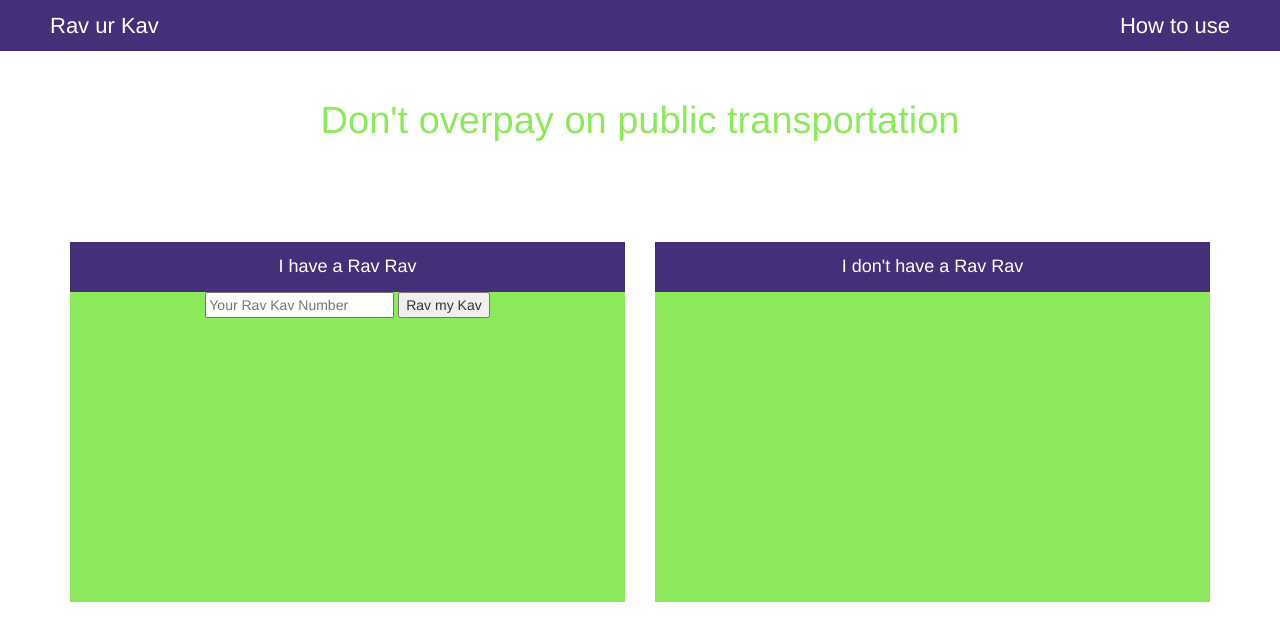
Repository: Louhla/Rav-ur-Kav
Page: index.html
These files come from the project's save history. The page is drawn as it stood at one moment and after a run of saves; the edit follows.
The browser window is 1280 px wide. The pictures show the whole page.

Above is the page before, as saved 2019-07-17 14:34:05.

### index.html
<!DOCTYPE html>
<html lang="en">

<head>
    <meta charset="utf-8">
    <meta name="viewport" content="width=device-width, initial-scale=1">
    <!-- Bootstrap CSS -->
    <link rel="stylesheet" href="https://maxcdn.bootstrapcdn.com/bootstrap/3.3.7/css/bootstrap.min.css">
    <script src="https://ajax.googleapis.com/ajax/libs/jquery/3.3.1/jquery.min.js"></script>
    <link rel="stylesheet" type="text/css" href="./css/rav-ur-kav.css">
    <title>Rav ur kav - Public Transport Calculator</title>
    <meta name="description" content="Get the best rate for your Rav Kav according to your commute">
</head>

<body>
    <heading>
        <div class="logo">Rav ur Kav
        </div>
        <div class="how-to">How to use
        </div>
    </heading>

    <div class="container">
        <div class="row">
            <div class="col-md-12">
                <h1>Don't overpay on public transportation</h1>
            </div>
        </div>
        <div class="row">
            <div class="col-md-6">
                <div class="existing-user">
                    <h4>I have a Rav Rav</h4>
                    <form>
                        <input id="rav-kav-number" type=text placeholder="Your Rav Kav Number"></input>
                        <button>Rav my Kav</button>
                    </form>
                </div>
            </div>
            <div class="col-md-6">
                <div class="new-user">
                    <h4>I don't have a Rav Rav</h4>
                </div>
            </div>
        </div>
    </div>
    <script type="text/javascript" src="./js/rav-ur-kav.js"></script>
</body>

</html>

### css/rav-ur-kav.css
body{
    margin: 0px;
}
heading{
    display: flex;
    position: fixed;
    z-index: 9;
    justify-content: space-between;
    width: 100%;
    align-items: center;
    box-shadow: 5px;
    background-color: #462F79;
    color: white;
    font-size: 22px;
}
.logo{
    margin: 10px 0px 10px 50px;
}
.how-to{
    margin: 10px 50px 10px 0px;
}
.existing-user{
    background-color: #8CE95C;
    display: flex;
    flex-direction: column;
    text-align: center;
    height: 50vh;
}
.new-user{
    background-color: #8CE95C;
    text-align: center;
    height: 50vh;
}
h1{
    text-align: center;
    margin: 100px;
    color: #8CE95C;
    font-size: 38px;
}
.existing-user > h4, .new-user > h4{
    background-color: #462F79;
    padding: 15px 0px;
    margin: 0px;
    color: white;
}

Loaded but not shown: js/rav-ur-kav.js (no copy from this time; the picture is the same without it)

After the next 2 saves:
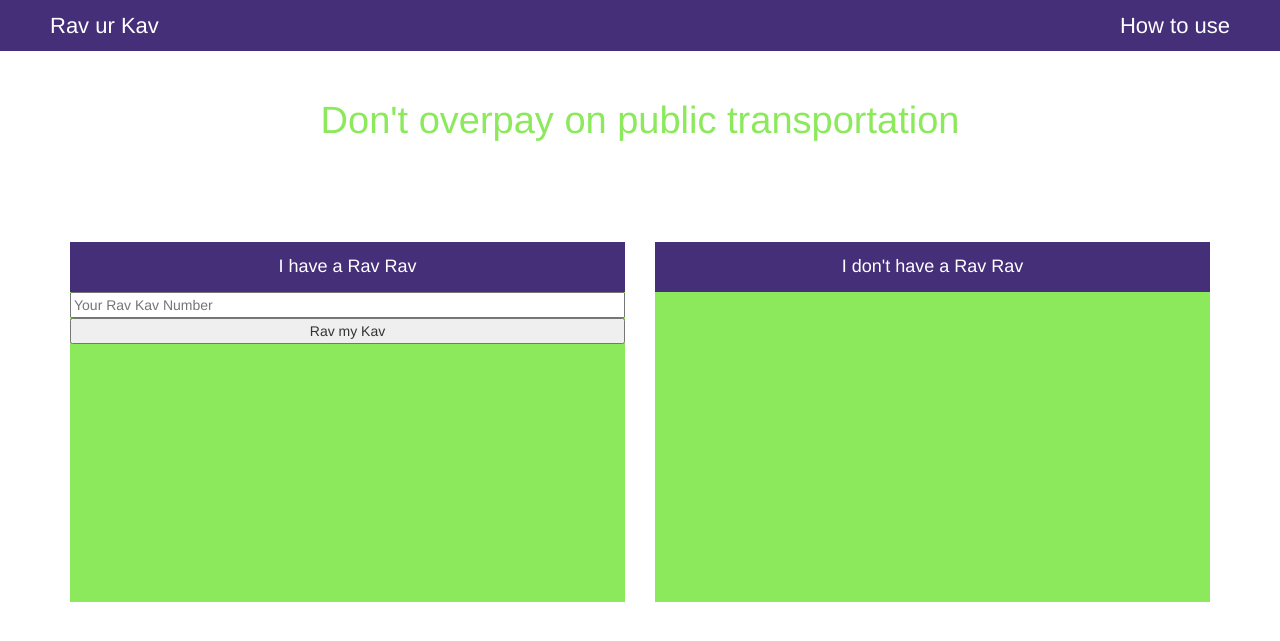
The 2 saves are shown as one change because they came seconds apart.
The last was saved 45 s later.
--- a/index.html
+++ b/index.html
@@ -30,10 +30,8 @@
             <div class="col-md-6">
                 <div class="existing-user">
                     <h4>I have a Rav Rav</h4>
-                    <form>
                         <input id="rav-kav-number" type=text placeholder="Your Rav Kav Number"></input>
                         <button>Rav my Kav</button>
-                    </form>
                 </div>
             </div>
             <div class="col-md-6">
